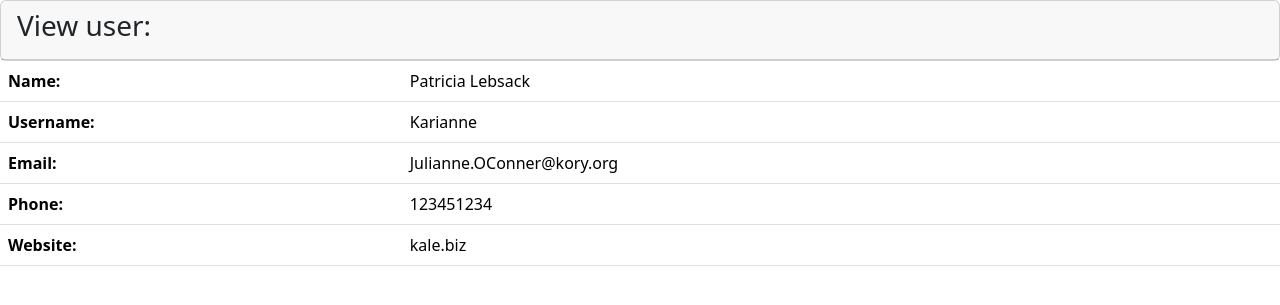
Repository: AyushMahatara/PHP-Simple-CRUD-with-JSON
Page: http://localhost/user/view.php?id=4
An editor plug-in stored every save of this project. The page is shown before and after the next save, followed by the edit.
The browser window is 1280 px wide. The pictures show the whole page.
The page is run by PHP 8.4 with error messages shown; the project is at /var/www/html/.

Above is the page before, as saved 2024-03-20 16:26:40.

After the next save:
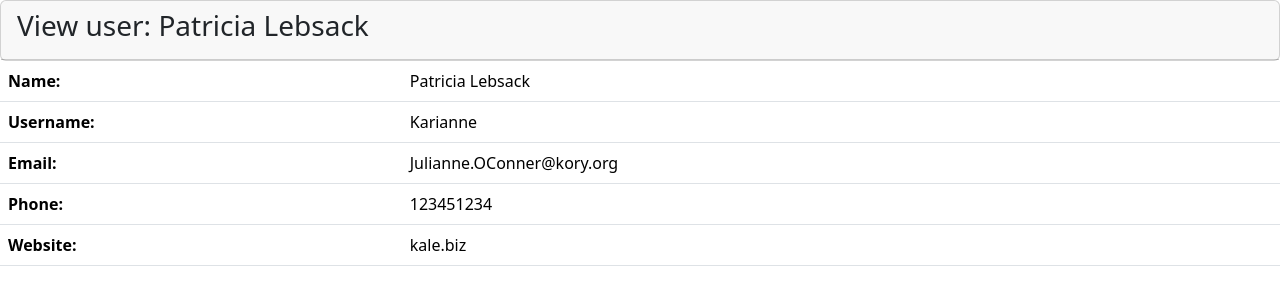
Saved 10 s later.
--- a/user/view.php
+++ b/user/view.php
@@ -21,7 +21,7 @@ if (!$user) {
 
 <div class="card">
     <div class="card-header">
-        <h3>View user: <?php $user['name'] ?></h3>
+        <h3>View user: <?php echo $user['name'] ?></h3>
     </div>
 </div>
 
